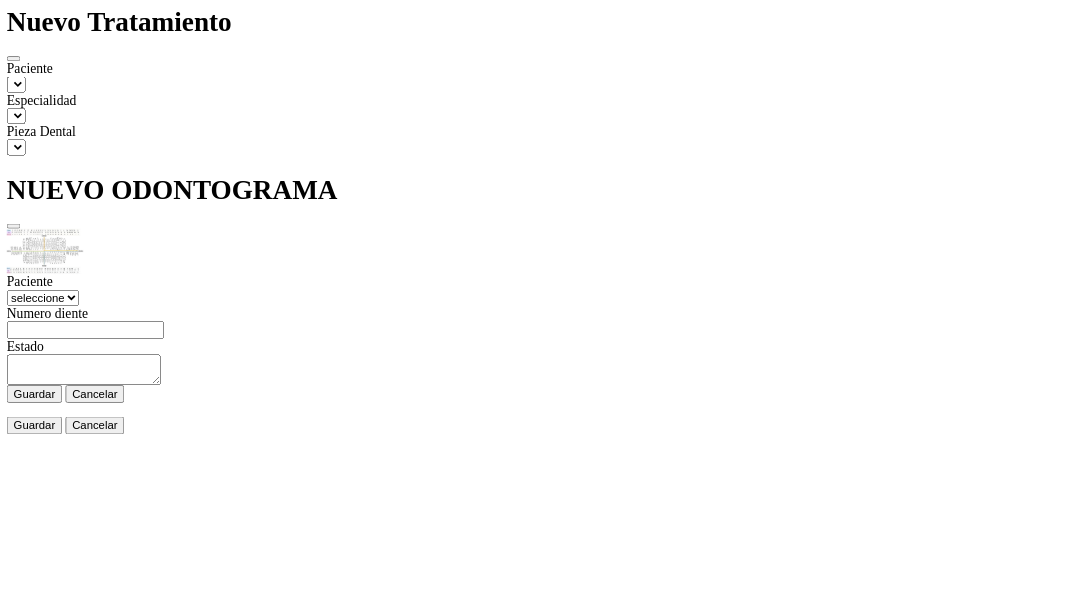
Repository: javix2/Consultorio_Dental
Page: resources/views/historialtratam/crear.blade.php
The author's editor kept a copy of each file at every save. The page is drawn from the files as they stood at one save, then again after the next save.
The browser window is 1280 px wide. The pictures show the whole page, at 85% of full size.
The page is served by the project's Laravel application, run on PHP 8.4 with Laravel 10. Other server files are loaded and not shown. The template is opened directly, without the code that normally fills it, so the values that code supplies are empty.

Above is the page before, as saved 2024-11-03 09:41:24.

### routes/web.php
<?php

use App\Http\Controllers\AdminProfileControler;
use App\Http\Controllers\AppointmentController;
use App\Http\Controllers\CitaController;
// use App\Http\Controllers\CitaController;
use App\Http\Controllers\DoctorController;
use App\Http\Controllers\HistorialController;
use App\Http\Controllers\HomeController;
use App\Http\Controllers\HorarioController;
use App\Http\Controllers\OdontogramaController;
use App\Http\Controllers\PacienteController;
use App\Http\Controllers\PagoController;
use App\Http\Controllers\PerfilController;
use App\Http\Controllers\PatientController;
use App\Http\Controllers\RecordController;
use App\Http\Controllers\RecordTreatmController;
use App\Http\Controllers\TratamientoController;
use App\Http\Controllers\HistorialTratamController;
use App\Http\Controllers\SesionController;
use App\Http\Controllers\TratamientoControler;
use App\Http\Controllers\UsuarioController;

use Illuminate\Support\Facades\Auth;
use Illuminate\Support\Facades\Route;


/*
|--------------------------------------------------------------------------
| Web Routes
|--------------------------------------------------------------------------
|
| Here is where you can register web routes for your application. These
| routes are loaded by the RouteServiceProvider and all of them will
| be assigned to the "web" middleware group. Make something great!
|
*/

Route::get('/', function () {
    return view('auth.login');
});

// Route::get('/', function () {
//      return view('auth.register');
//  });


// Route::get('/', function () {
//     return view('auth.login');
// })->middleware('auth');
// Route::middleware(['auth'])->group(function () {
//     Route::get('/', function () {
//         return view('home');
//     });
// //     Route::get('/home', [HomeController::class, 'index'])->name('home');
// });

Route::get('/paciente/report', [PacienteController::class, 'report'])->name('paciente.reporte');

Route::resource('doctors', DoctorController::class);
Route::patch('user/update/{id}', [DoctorController::class, 'update_user'])->name('user.update');
// Route::get('/users/create/{doctor}', [UsuarioController::class, 'create'])->name('users.create');
// Route::post('users/{doctor}', [UsuarioController::class, 'store'])->name('users.store');

Route::get('/users/{id}/edit', [UsuarioController::class, 'edit'])->name('users.edit');
Route::put('/users/{id}', [UsuarioController::class, 'update'])->name('users.update');

Route::get('/paciente/list',[ PacienteController::class, 'list'])->name('paciente.list');
Route::get('/doctor/list',[ DoctorController::class, 'list'])->name('doctor.list');
Route::get('/tratamiento/list',[ TratamientoController::class, 'list'])->name('tratamiento.list');

Route::resource('/home', HomeController::class);
Route::get('/get-data', [HomeController::class, 'getData'])->name('event.datos');
Route::get('/event/{id}', [HomeController::class, 'show2'])->name('event.show2');
Route::delete('/event/{id}', [HomeController::class, 'destroy'])->name('event.delete');
Route::put('/event2/{id}', [HomeController::class, 'update'])->name('event.update');


Route::post('/home/guardar', [HomeController::class, 'guardar'])->name('home.guardar');
Route::get('/home/{id}', [HomeController::class, 'busca']);
// Route::post('/guardar', [HomeController::class, 'guardar'])->name('home.guardar');
// Route::get('/get-citas', [HomeController::class, 'getCitas']);

Route::resource('/paciente', PacienteController::class);

Route::resource('/doctor', DoctorController::class);
Route::get('/cita/listar', [CitaController::class, 'listar'])->name('cita.listar');

Route::resource('/usuario', UsuarioController::class);
Route::resource('/perfil', PerfilController::class);

Route::get('/users/{id}/edit', [PerfilController::class, 'edit'])->name('users.edit');
Route::put('/users/{id}', [PerfilController::class, 'update'])->name('users.update');

Route::resource('/perfil', PerfilController::class);
Route::put('/perfil/{id}', [PerfilController::class, 'update'])->name('perfil.update');
Route::get('/perfil', [PerfilController::class, 'edit'])->name('perfil.edit');
// Route::put('/update/perfil/{id}', [PerfilController::class, 'updateProfile'])->name('update.perfil');



Route::post('/profile/update-image', [PerfilController::class, 'updateImage'])->name('profile.updateImage');
Route::get('users/create', [UsuarioController::class, 'create'])->name('users.create');
Route::post('users', [UsuarioController::class, 'store'])->name('users.store');

Route::get('/doctor/{id}/imprimir', [DoctorController::class, 'imprimir'])->name('doctor.imprimir');
Route::get('/paciente/busqueda', [PacienteController::class, 'busqueda'])->name('paciente.busqueda');
Route::get('/pago/busca', [PagoController::class, 'busca'])->name('pago.busca');
Route::get('/historialtratam/buscar', [HistorialTratamController::class, "buscar"])->name("historialtratam.buscar");
Route::get('/odontograma/buscar', [OdontogramaController::class, 'buscar'])->name('odontograma.buscar');


// Route::resource('/auth', UsuarioController::class);
Route::get('/historial/reporteclinico/{id}/imprimir', [HistorialController::class, 'reporte'])->name('historialclinico.reporte');
Route::get('/historial/reportegeneral', [HistorialController::class, 'reportegen'])->name('historialclinico.reportegen');
Route::get('/tratamiento/reportegeneral', [HistorialTratamController::class, 'reportegen'])->name('historialtratam.reportegen');
Route::get('/tratamiento/reportetratam/{id}/imprimir', [HistorialTratamController::class, 'reporte'])->name('historialtratam.reporte');

Route::get('/pago/reportepago', [PagoController::class, 'reportepago'])->name('pago.reportepago');
Route::get('/pago/reporteboleta/{id}/imprimir', [PagoController::class, 'reporteboleta'])->name('pago.reporteboleta');
// Route::get('/historials/report', [RecordTreatmController::class, 'report'])->name('historials.reporte');

Route::resource('/pago', PagoController::class);
Route::get('/cita/buscar', [CitaController::class, 'buscar'])->name('cita.buscar');

Route::get('pago/{id}/edit/pago', [PagoController::class, 'editPago'])->name('pago.editPago');
Route::put('pago/{id}/update/pago', [PagoController::class, 'updatePago'])->name('pago.updatePago');

Route::resource('/doctor', DoctorController::class);

Route::resource('/tratamiento', TratamientoController::class);

Route::resource('/cita', CitaController::class);
Route::delete('/citas/{id}/eliminar', [CitaController::class, 'eliminar'])->name('citas.eliminar2');
Route::put('/cita/{id}/cambiar-estado', [CitaController::class, 'cambiarEstado'])->name('citas.cambiar_estado');

Route::resource('/odontograma', OdontogramaController::class);

// Route::resource('/historials', RecordTreatmController::class);
Route::resource('/historialclinico', HistorialController::class);
Route::get('/historialclinico/search', [HistorialController::class, "search"])->name("historialclinico.search");


Route::resource('/historialtratam', HistorialTratamController::class);
Route::get('/historialtratam/{id}/buscapaciente', [HistorialTratamController::class, 'buscapaciente'])->name('historialtratam.buscapaciente');
Route::post('/historialtratam/sesion/{id}/registro', [HistorialTratamController::class, 'sesionregistro'])->name('historialtratam.sesionregistro');
Route::delete('/historialtratam/sesion/{id}/elimina', [HistorialTratamController::class, 'elimina'])->name('historialtratam.elimina');

Route::resource('/sesion', SesionController::class);

Route::post('/usuario/editar', [AdminProfileControler::class, "update"])->name("usuario.update");
Route::get('adminlte_image', [AdminProfileControler::class, "dminlte_image"])->name("adminlte_image");

Auth::routes();

### resources/views/historialtratam/crear.blade.php
<!-- Modal Crear-->
<div class="modal fade" id="modalCrear" tabindex="-1" aria-labelledby="exampleModalLabel" aria-hidden="true">
    <div class="modal-dialog modal-lg">
        <div class="modal-content">
            <div class="modal-header">
                <h1 class="modal-title fs-5 text-primary py-2 px-4" id="exampleModalLabel"><i
                        class="fa-regular fa-calendar-plus"></i> Nuevo Tratamiento </h1>
                <button type=" button" class="btn-close" data-bs-dismiss="modal" aria-label="Close"></button>
            </div>

            <div class="modal-body">
                <form action="{{ route('historialtratam.store')}}" method="POST">
                    @csrf

                    <div class="container py-3 px-7">

                        <div class="form-group row">
                            <label for="" class="col-sm-3 col-form-label  text-right">Paciente</label>
                            <div class="col-sm-8">
                                <select name="paciente_id" id="paciente_id" class="form-control">
                                    @foreach($pacientes as $paciente)
                                        <option value="{{ $paciente->id }}">{{ $paciente->nombre }} {{ $paciente->paterno }} {{ $paciente->materno }}</option>
                                    @endforeach
                                </select>
                            </div>
                        </div>
                        <div class="form-group row">
                            <label for="" class="col-sm-3 col-form-label  text-right">Especialidad</label>
                            <div class="col-sm-8">
                                <select name="tratamiento_id" id="tratamiento_id" class="form-control">
                                    @foreach($tratamientos as $tratamiento)
                                        <option value="{{ $tratamiento->id }}">{{ $tratamiento->nombre }}</option>
                                    @endforeach
                                </select>
                            </div>
                        </div>
                        <div class="form-group row">
                            <label for="" class="col-sm-3 col-form-label  text-right">Pieza Dental</label>
                            <div class="col-sm-4">
                                <select name="tratamiento_id" id="tratamiento_id" class="form-control">

                                </select>
                                <a href="" data-bs-toggle="modal" data-bs-target="#modalCrear"><i class="fa-solid fa-pencil"></i></a>
                                @include('odontograma.crear')
                            </div>

                        </div>

                    </div>
                    <div class="modal-footer" py2>
                        <button type="submit" class="btn btn-primary"><i class="fa-regular fa-floppy-disk"></i>
                            Guardar</button>
                        <button type="button" class="btn btn-danger" data-bs-dismiss="modal"><i class="fa-solid fa-xmark"></i>
                            Cancelar</button>
                    </div>
                </form>
            </div>
        </div>
    </div>
</div>

### resources/views/odontograma/crear.blade.php
<!-- Modal Crear-->
<div class="modal fade" id="modalCrear" tabindex="-1" aria-labelledby="exampleModalLabel" aria-hidden="true">
    <div class="modal-dialog modal-lg">
        <div class="modal-content">
            <div class="modal-header">
                <h1 class="modal-title fs-5 text-primary py-2 px-4" id="exampleModalLabel"><i
                        class="fa-solid fa-file-pen"></i>
                    NUEVO ODONTOGRAMA</h1>
                <button type=" button" class="btn-close" data-bs-dismiss="modal" aria-label="Close"></button>
            </div>
            <div class="modal-body modal-lg">
                <form action="{{route("odontograma.store")}}" method="POST">
                    @csrf
                    <div class="container py-1 ">

                        <div class="form-group row w-75 d-flex justify-content-center mx-5">
                            <img src="{{URL::asset('/img/odontograma.jpg')}}" class="img-thumbnail" alt="..." width="90">
                        </div>
                        <div class="form-group row">
                            <label for="" class="col-sm-4 col-form-label  text-right">Paciente</label>
                            <div class="col-sm-6">
                                <select id="inputState" class="form-select fst-italic" name="paciente_id">
                                <option selected>seleccione</option>

                                @foreach($pacientes as $pac)
                                    <option value="{{ $pac->id }}">{{ $pac->nombre }} {{ $pac->paterno }} {{ $pac->materno }}</option>

                                @endforeach

                                </select>
                            </div>
                        </div>

                        <div class="form-group row">
                            <label for="" class="col-sm-4 col-form-label  text-right">Numero diente</label>
                            <div class="col-sm-6">
                                <input type="text" class="form-control" id="inputAddress" name="numero_diente">
                            </div>
                        </div>

                        <div class="form-group row">
                            <label for="inputPassword" class="col-sm-4 col-form-label  text-right">Estado</label>
                            <div class="form-floating col-sm-6">
                                <textarea class="form-control" placeholder="" id="floatingTextarea"
                                    name="estado"></textarea>
                            </div>
                        </div>

                        {{--  <div class="form-group row">
                            <label for="" class="col-sm-4 col-form-label  text-right">Nota</label>
                            <div class="col-sm-6">
                                <input type="text" class="form-control" id="inputAddress" name="nota">
                            </div>
                        </div>  --}}



                    </div>
                    <div class="modal-footer">
                        <button type="submit" class="btn btn-primary"><i class="fa-solid fa-check"></i> Guardar</button>
                        <button type="button" class="btn btn-danger" data-bs-dismiss="modal"><i class="fa-regular fa-circle-xmark"></i> Cancelar</button>
                    </div>
                </form>
            </div>
        </div>
    </div>
</div>

Loaded but not shown: app/Http/Controllers/Auth/ConfirmPasswordController.php (common file); app/Http/Controllers/Controller.php (common file); resources/views/historialclinico/crear.blade.php (313 lines, source omitted)

After the next save:
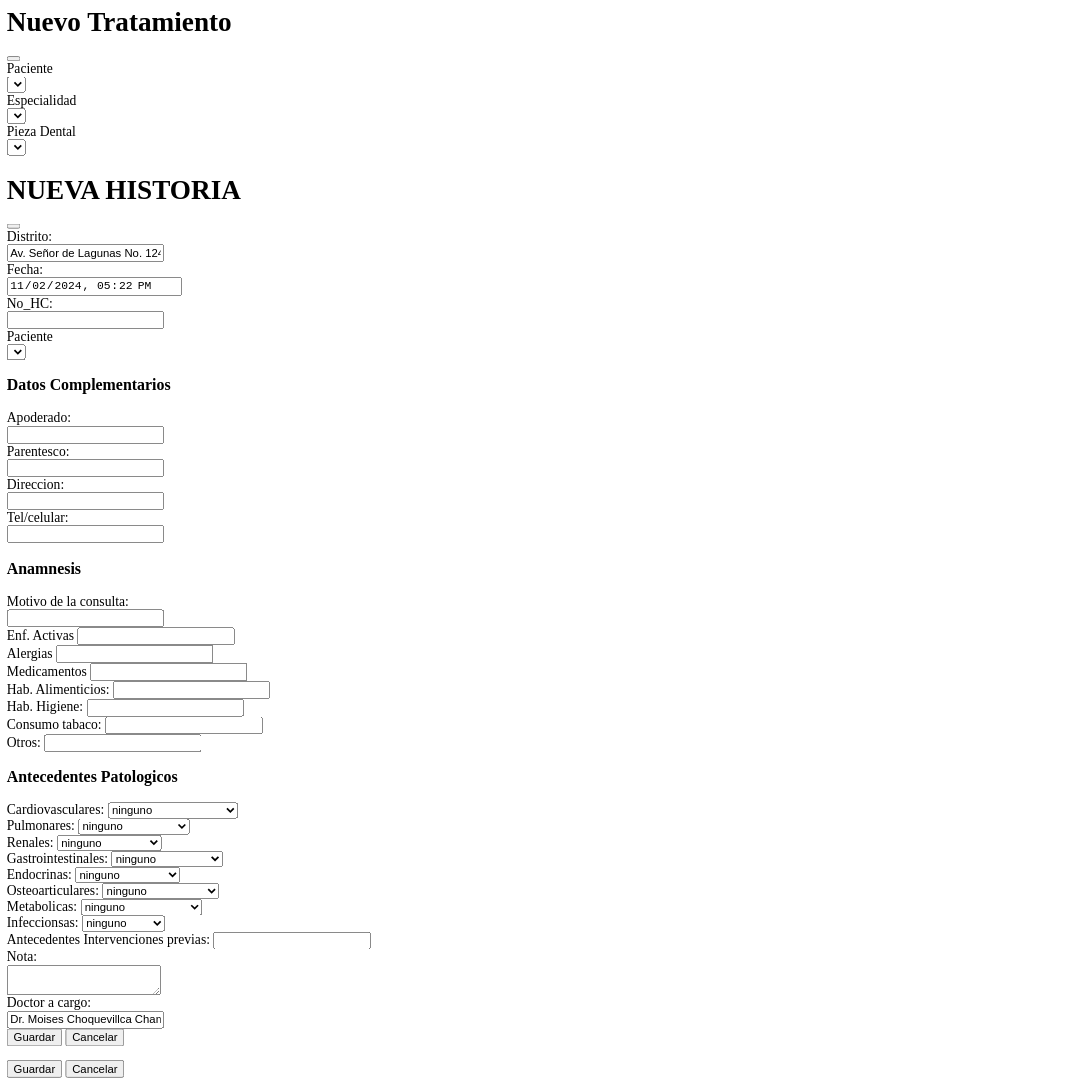
Saved 62 s later.
--- a/resources/views/historialtratam/crear.blade.php
+++ b/resources/views/historialtratam/crear.blade.php
@@ -41,7 +41,7 @@
 
                                 </select>
                                 <a href="" data-bs-toggle="modal" data-bs-target="#modalCrear"><i class="fa-solid fa-pencil"></i></a>
-                                @include('odontograma.crear')
+                                @include('historialclinico.crear')
                             </div>
 
                         </div>
